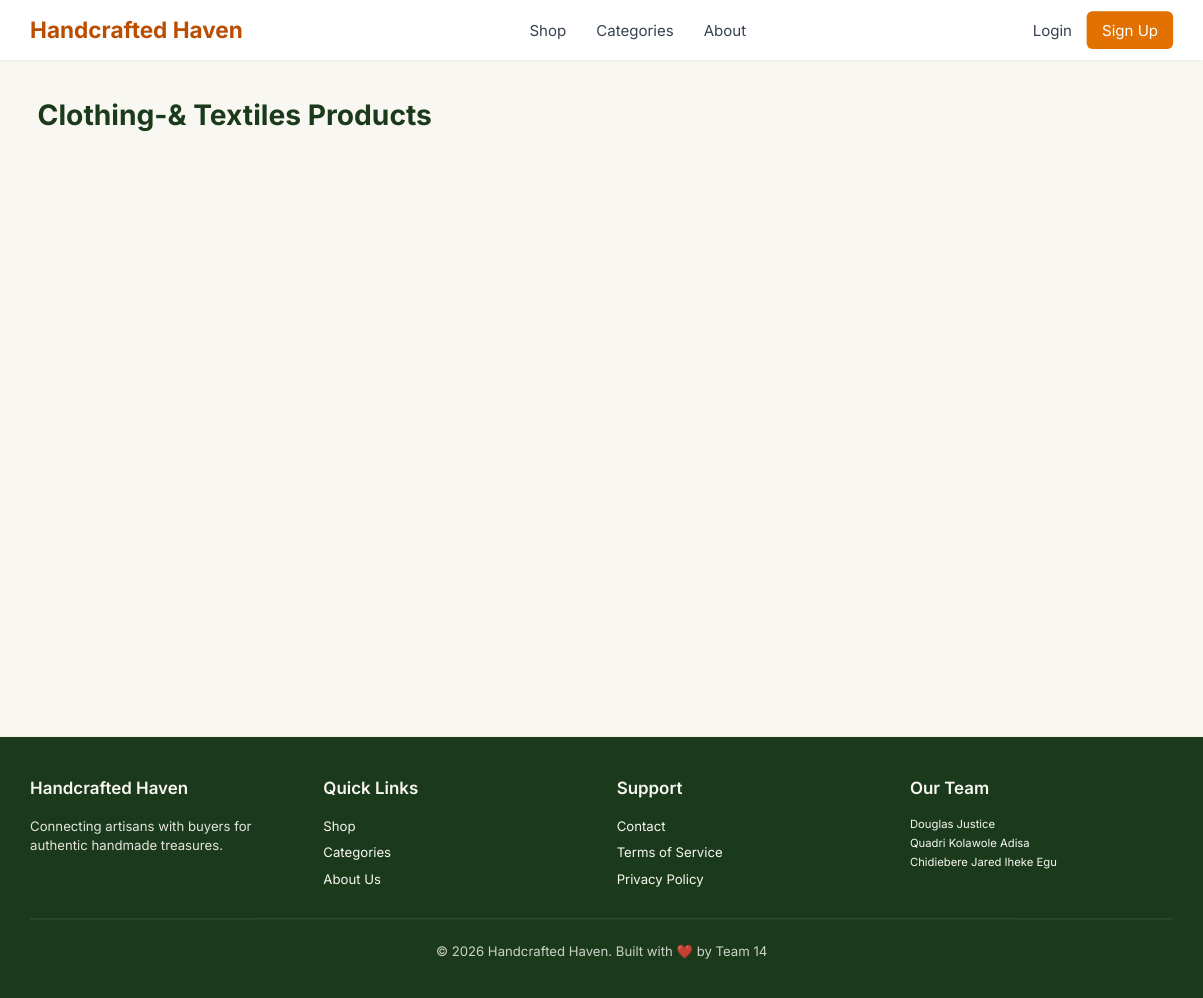
Repository: kobbybhills/handcrafted-haven
Page: /categories/clothing-& textiles
The author's editor kept a copy of each file at every save. The page is drawn from the files as they stood at one save, then again after the next save.
The browser window is 1280 px wide. The pictures show the whole page, at 94% of full size.
The project was rebuilt for these pictures with package versions that can differ from the ones it lists, and the page was loaded fresh each time. The framework's server and built-in components were replaced by stand-ins that run in the browser. Also part of the build but not shown: next.config.ts, src/app/ui/product-card.tsx.

Above is the page before, as saved 2026-03-26 22:38:28.

### src/app/categories/[category]/page.tsx
import { products } from "../../../lib/data";
import ProductCard from "../../ui/product-card";

export default function CategoryPage({
  params,
}: {
  params: { category: string };
}) {
  const category = params.category;

  const filteredProducts = products.filter(
    (product: any) => product.category === category,
  );

  return (
    <div className="p-10">
      <h1 className="text-3xl font-bold capitalize mb-8">
        {category} Products
      </h1>

      <div className="grid grid-cols-1 sm:grid-cols-2 md:grid-cols-3 gap-8">
        {filteredProducts.map((product: any) => (
          <ProductCard
            key={product.id}
            name={product.name}
            price={product.price}
            image={product.image}
          />
        ))}
      </div>
    </div>
  );
}

### src/app/globals.css

@import "tailwindcss";

:root {
  /* Handcrafted Haven Brand Colors */
  --haven-green: #2D5A27;
  --haven-terracotta: #CC7351;
  --haven-cream: #F9F7F2;
  --haven-dark-green: #1B3A1B;

  /* Default Page Styling */
  --background: var(--haven-cream);
  --foreground: var(--haven-dark-green);
}

/* This maps my variables so I can use 'bg-haven-green' in my HTML */
:root {
  --color-haven-green: var(--haven-green);
  --color-haven-terracotta: var(--haven-terracotta);
  --color-haven-cream: var(--haven-cream);
  --color-haven-dark-green: var(--haven-dark-green);

  /* Keep these for standard Next.js fonts */
  --font-sans: var(--font-geist-sans);
  --font-mono: var(--font-geist-mono);
}

/* Applying the theme to the entire site */
body {
  background: var(--background);
  color: var(--foreground);
  font-family: Arial, Helvetica, sans-serif;
  margin: 0;
}

### src/lib/data.ts
// src/lib/data.ts
export const products = [
  {
    id: 1,
    name: "Golden Necklace",
    price: 25,
    category: "jewelry",
    image: "/products/necklace.jpg",
  },
  {
    id: 2,
    name: "Silver Bracelet",
    price: 15,
    category: "jewelry",
    image: "/products/bracelet.jpg",
  },
  {
    id: 3,
    name: "Handmade Scarf",
    price: 20,
    category: "textiles",
    image: "/products/scarf.jpg",
  },
];

Loaded but not shown: src/app/layout.tsx (common file)

After the next save:
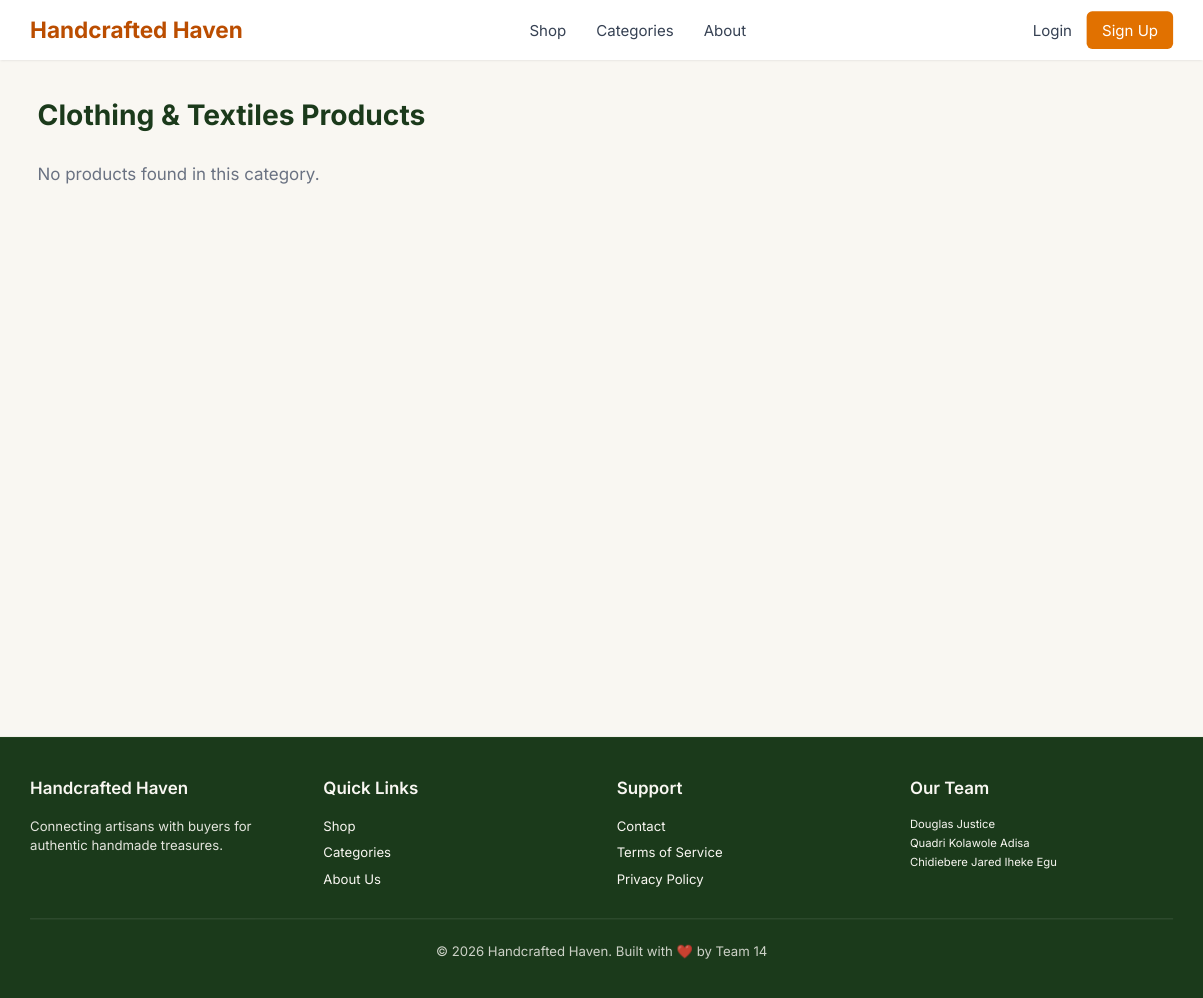
Saved 36 s later.
--- a/src/app/categories/[category]/page.tsx
+++ b/src/app/categories/[category]/page.tsx
@@ -1,33 +1,39 @@
+import ProductCard from "../../ui/product-card";
 import { products } from "../../../lib/data";
-import ProductCard from "../../ui/product-card";
 
-export default function CategoryPage({
-  params,
-}: {
+interface CategoryPageProps {
   params: { category: string };
-}) {
-  const category = params.category;
+}
+
+export default function CategoryPage({ params }: CategoryPageProps) {
+  const category = params.category.toLowerCase();
 
   const filteredProducts = products.filter(
-    (product: any) => product.category === category,
+    (product) => product.category.toLowerCase() === category,
   );
 
   return (
     <div className="p-10">
       <h1 className="text-3xl font-bold capitalize mb-8">
-        {category} Products
+        {category.replace("-", " ")} Products
       </h1>
 
-      <div className="grid grid-cols-1 sm:grid-cols-2 md:grid-cols-3 gap-8">
-        {filteredProducts.map((product: any) => (
-          <ProductCard
-            key={product.id}
-            name={product.name}
-            price={product.price}
-            image={product.image}
-          />
-        ))}
-      </div>
+      {filteredProducts.length === 0 ? (
+        <p className="text-lg text-gray-500">
+          No products found in this category.
+        </p>
+      ) : (
+        <div className="grid grid-cols-1 sm:grid-cols-2 md:grid-cols-3 gap-8">
+          {filteredProducts.map((product) => (
+            <ProductCard
+              key={product.id}
+              name={product.name}
+              price={product.price}
+              image={product.image}
+            />
+          ))}
+        </div>
+      )}
     </div>
   );
 }
